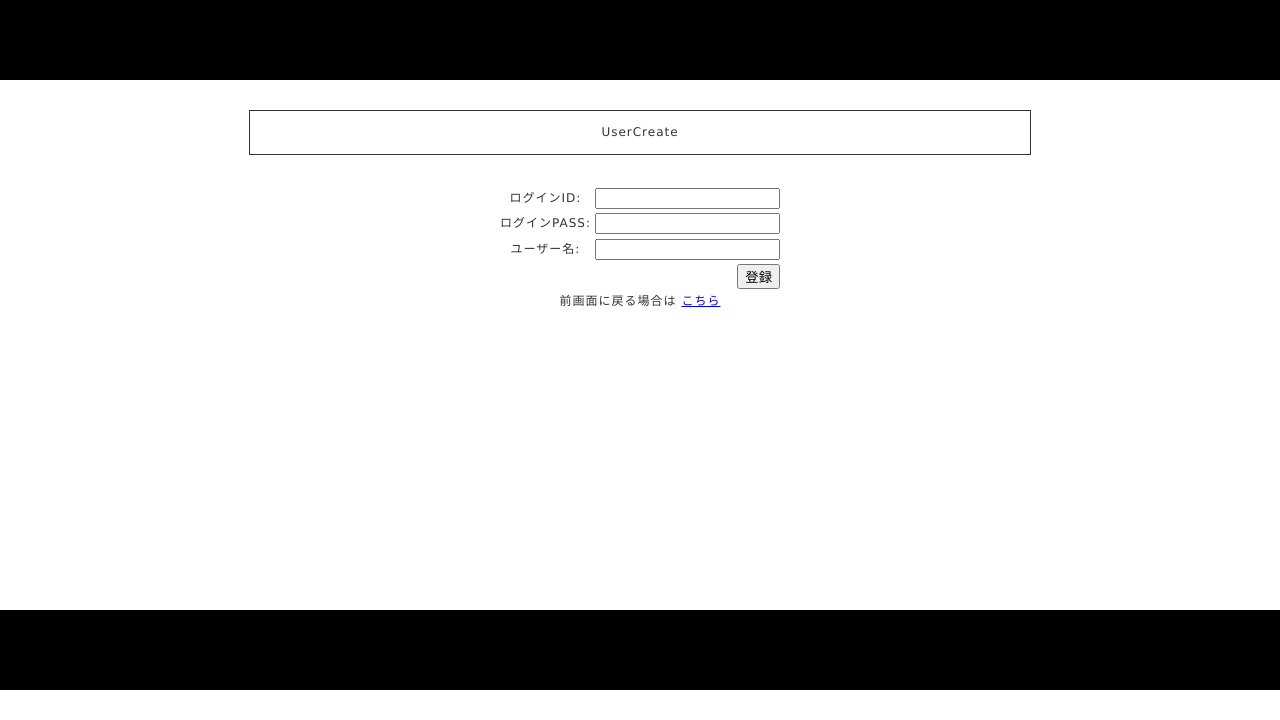
Repository: NoriakiYasumura/test01
Page: http://localhost/template/UserCreateAction.action
The author's editor kept a copy of each file at every save. The page is drawn from the files as they stood at one save, then again after the next save.
The browser window is 1280 px wide. The pictures show the whole page.
The page is served by Tomcat 9.

Above is the page before, as saved 2019-04-08 04:48:53.

After the next save:
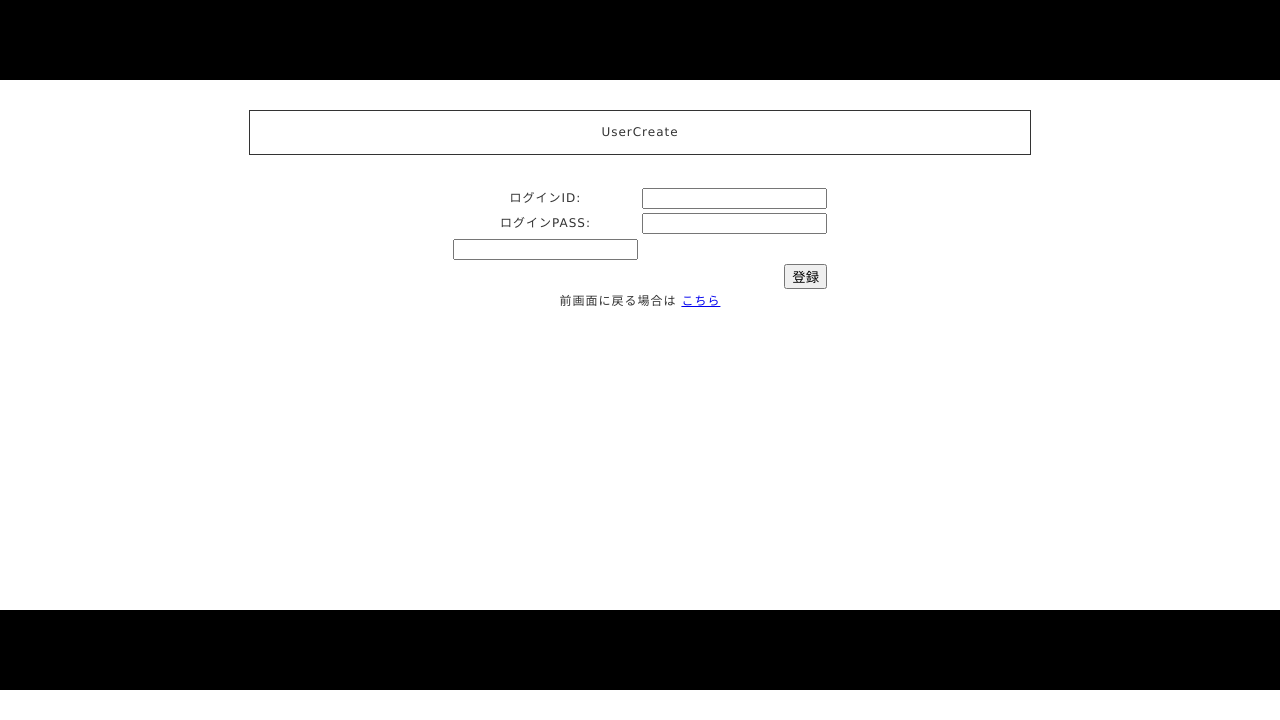
Saved 5 min 38 s later.
--- a/template/WebContent/userCreate.jsp
+++ b/template/WebContent/userCreate.jsp
@@ -87,10 +87,7 @@
 						</tr>
 						<tr>
 							<td>
-								<label>ユーザー名:</label>
-							</td>
-							<td>
-								<input type="text" name="loginUserName" value=""/>
+								<input type="text" name="loginUserName"　label="ユーザー名" value=""/>
 							</td>
 						</tr>
 						<s:submit value="登録"/>

After the 2 saves that followed:
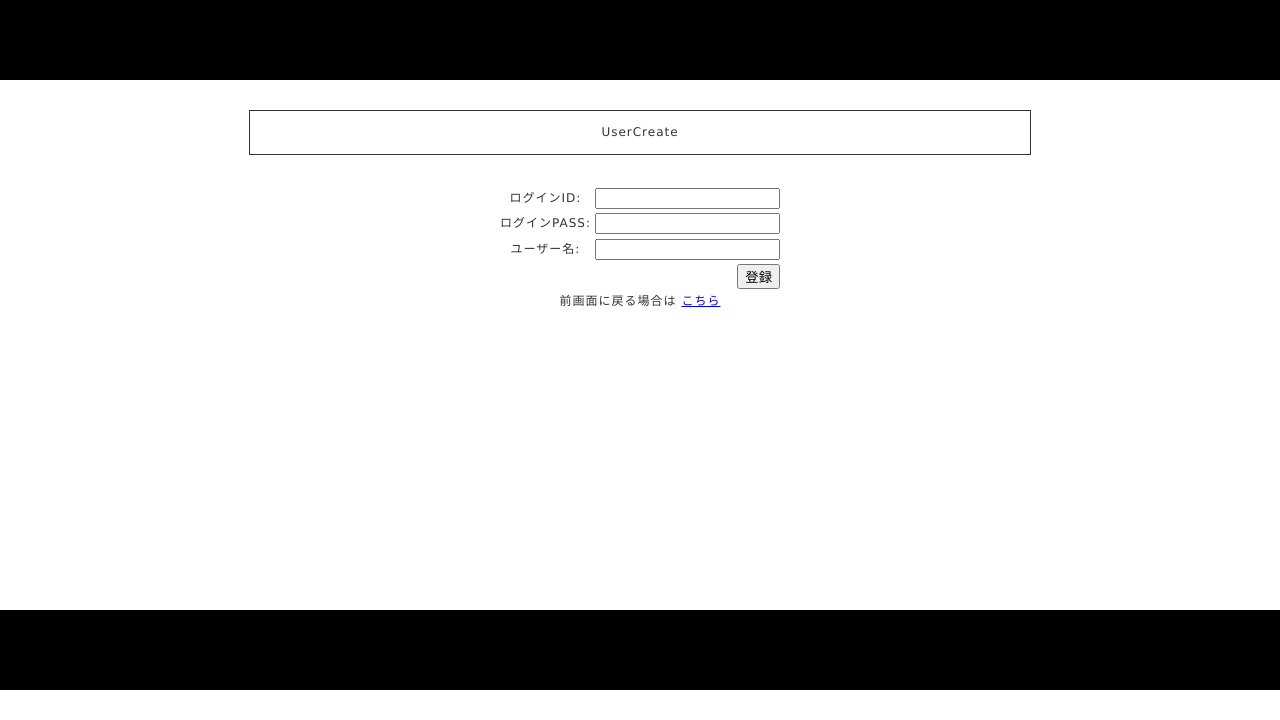
The 2 saves are shown as one change because 1 left the picture as it was.
The last was saved 2 min 43 s later.
--- a/template/WebContent/userCreate.jsp
+++ b/template/WebContent/userCreate.jsp
@@ -87,7 +87,10 @@
 						</tr>
 						<tr>
 							<td>
-								<input type="text" name="loginUserName"　label="ユーザー名" value=""/>
+								<label>ユーザー名:</label>
+							</td>
+							<td>
+								<input type="text" name="loginUserName" value=""/>
 							</td>
 						</tr>
 						<s:submit value="登録"/>
